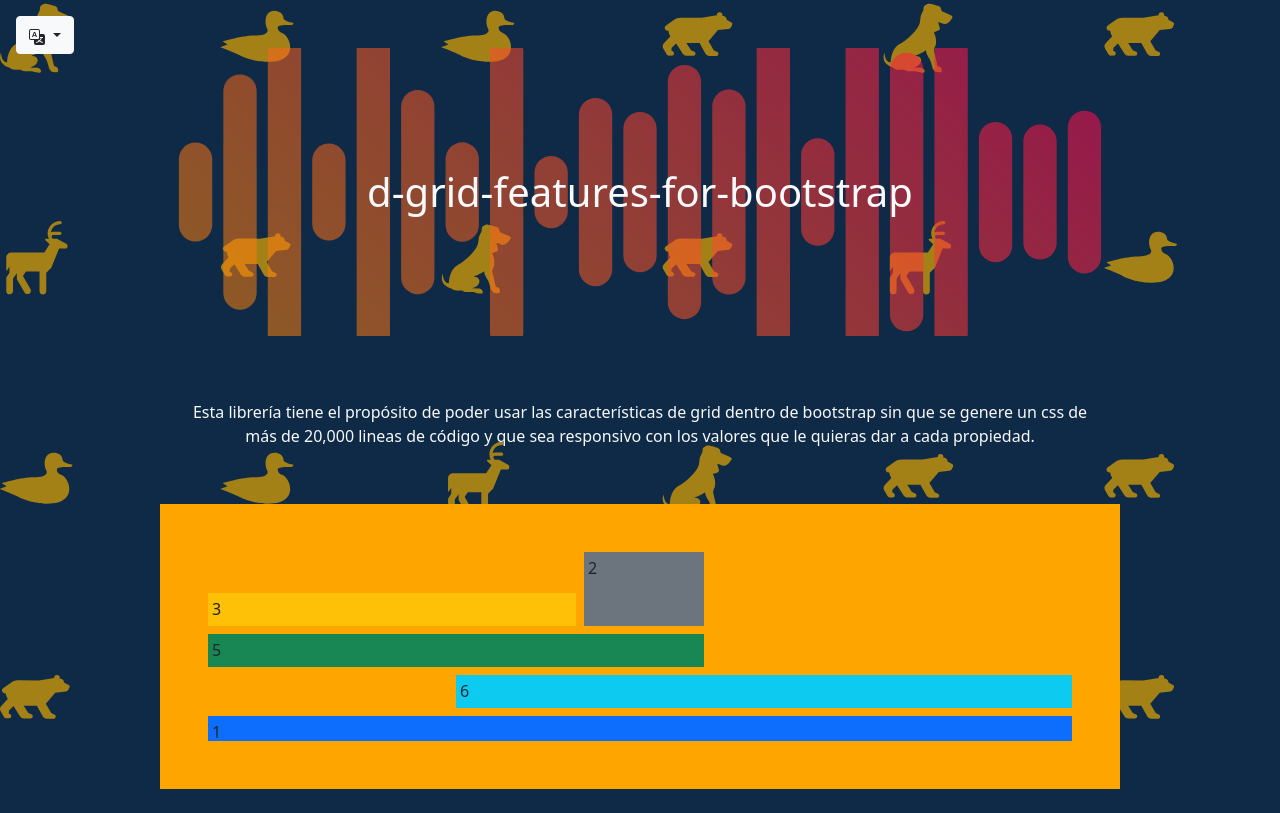
Repository: LynxPardelle/d-grid-features-for-bootstrap
Page: index.html
An editor plug-in stored every save of this project. The page is shown before and after the next save, followed by the edit.
The browser window is 1280 px wide. The pictures show the whole page.

Above is the page before, as saved 2022-06-22 18:24:10.
Not found: gfbs-styles.css

After the next save:
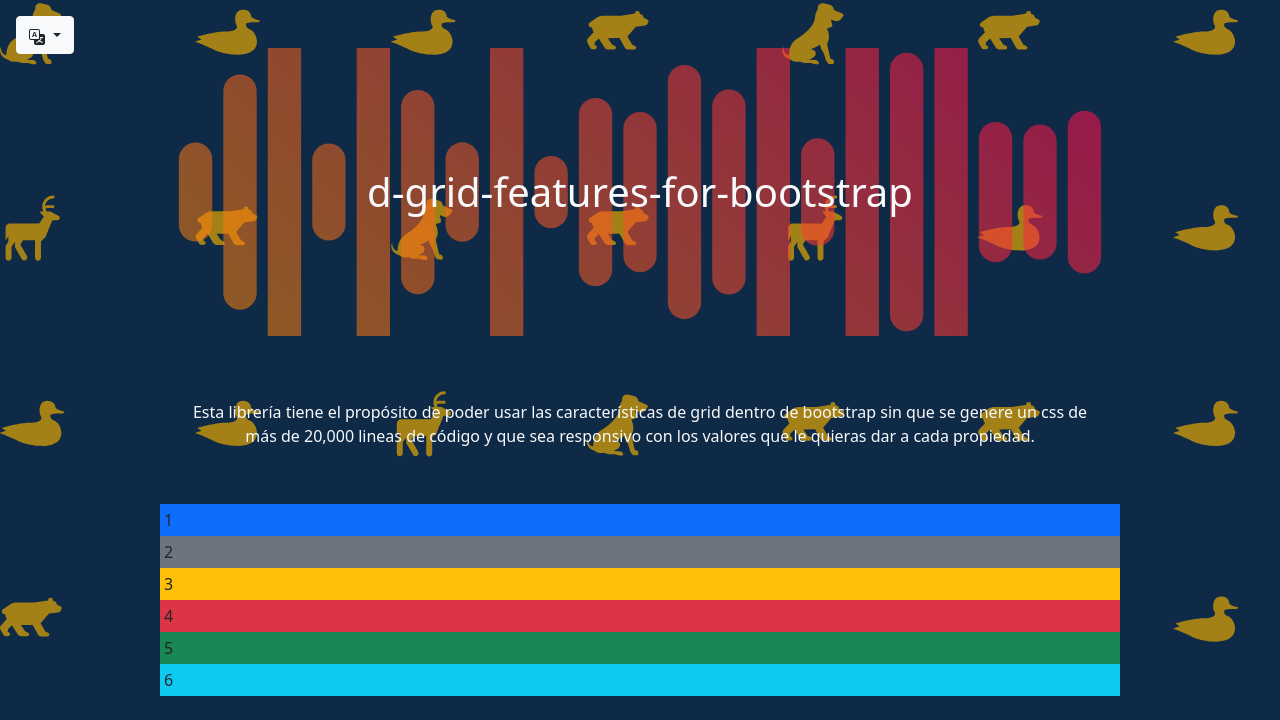
Saved 69 s later.
--- a/d-grid.js
+++ b/d-grid.js
@@ -212,6 +212,7 @@ async function GridCreate() {
         gridElement.classList.add(newClass.split("DIVISOR")[0]);
       }
     }
+    console.log(newClasses);
     if (gfbsStringed !== "") {
       for (let gfb of gfbsStringed.split("DIVGFB")) {
         if (gfb !== "") {

After the save that followed:
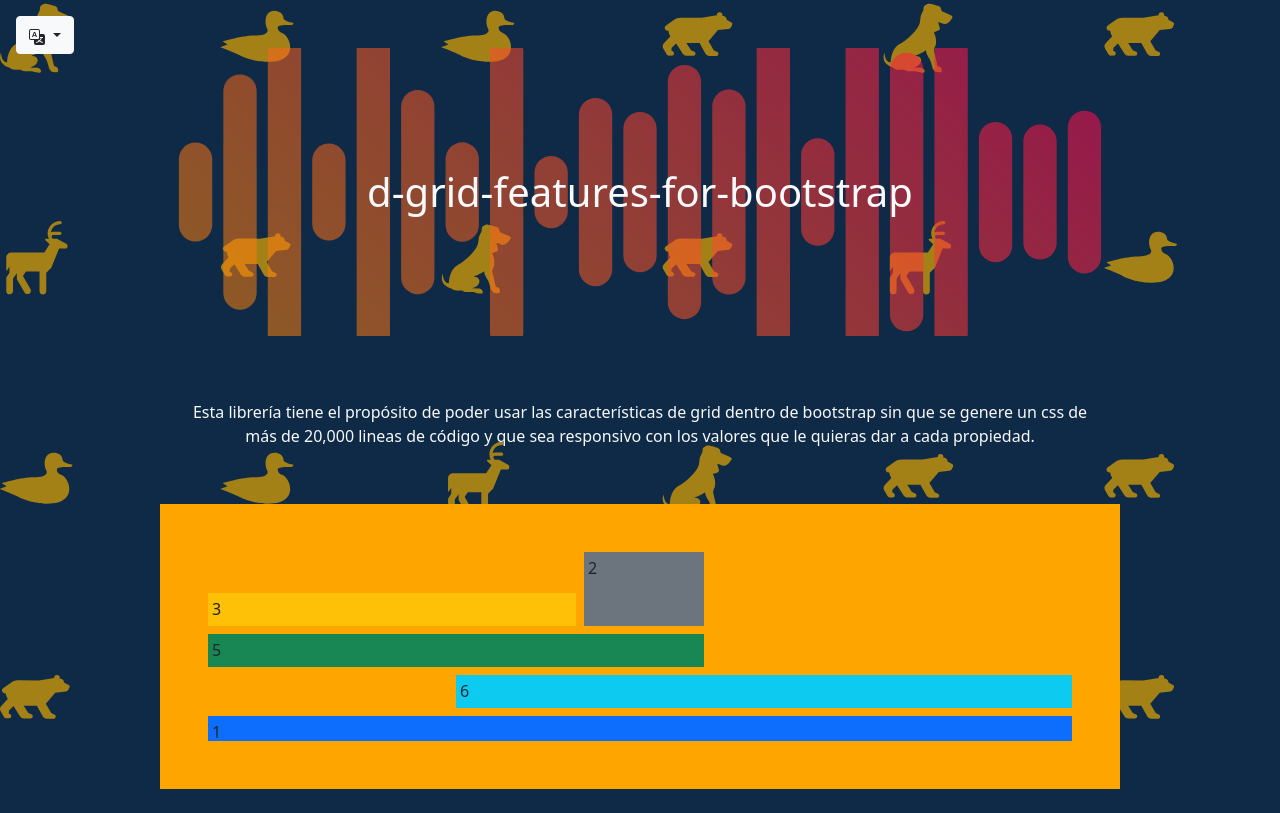
Saved 12 s later.
--- a/d-grid.js
+++ b/d-grid.js
@@ -212,7 +212,7 @@ async function GridCreate() {
         gridElement.classList.add(newClass.split("DIVISOR")[0]);
       }
     }
-    console.log(newClasses);
+    console.log(alreadyCreatedClasses);
     if (gfbsStringed !== "") {
       for (let gfb of gfbsStringed.split("DIVGFB")) {
         if (gfb !== "") {
